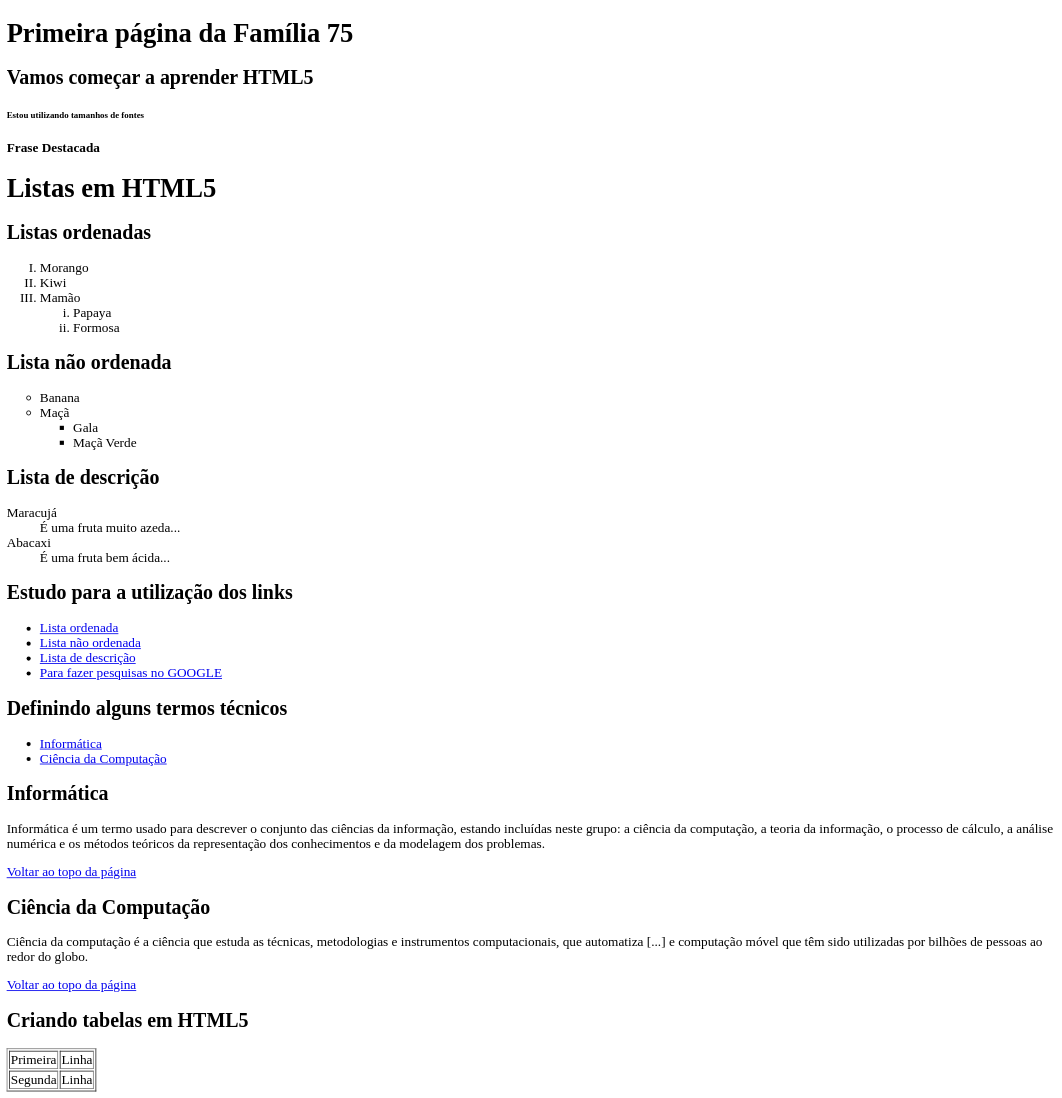
Repository: Thichi99/BootcampGen75
Page: Familia75/index.html
The author's editor kept a copy of each file at every save. The page is drawn from the files as they stood at one save, then again after the next save.
The browser window is 1280 px wide. The pictures show the whole page, at 83% of full size.

Above is the page before, as saved 2024-07-26 11:39:14.

After the next save:
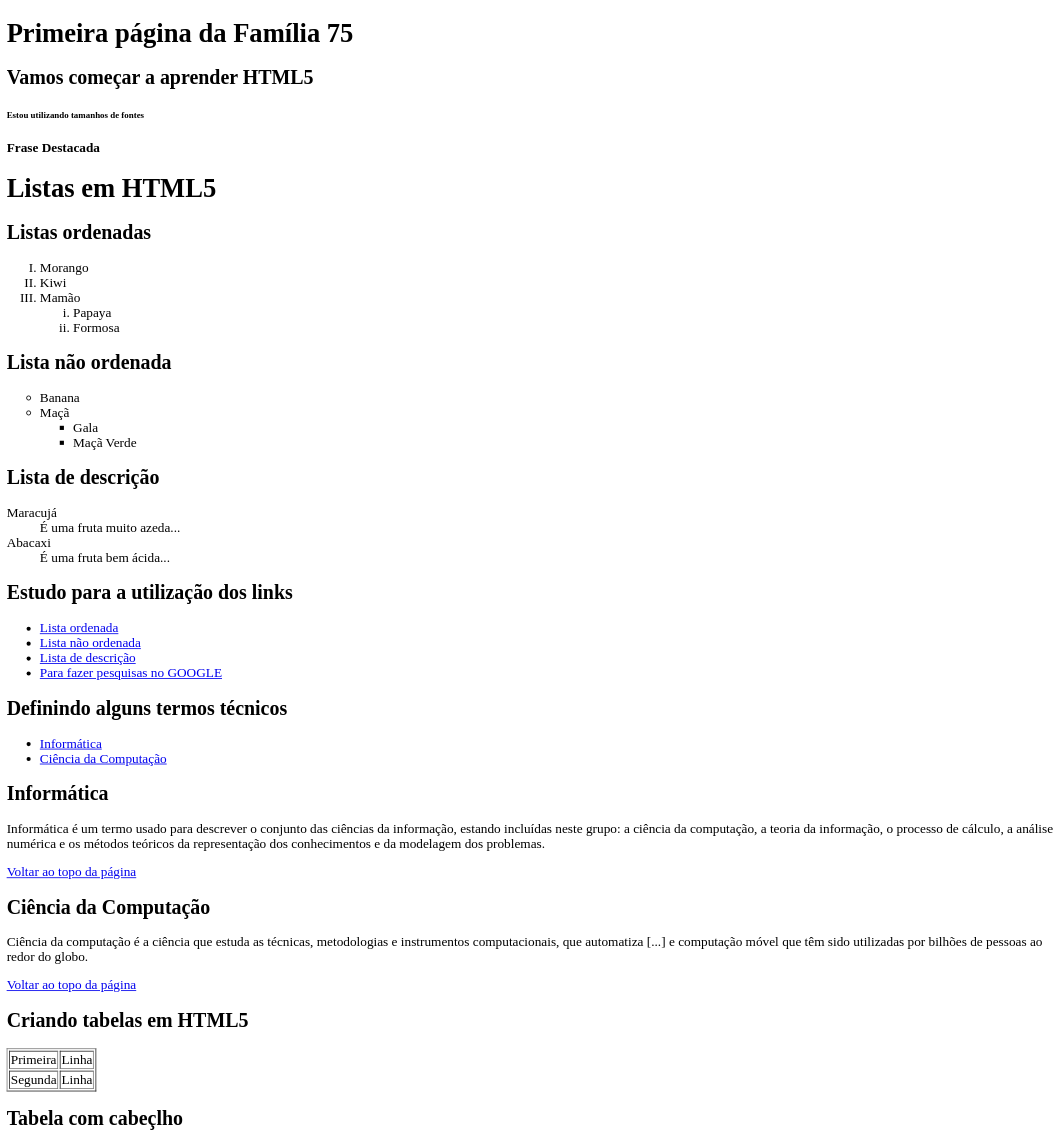
Saved 11 s later.
--- a/Familia75/index.html
+++ b/Familia75/index.html
@@ -90,6 +90,6 @@ pessoas ao redor do globo.
     </tr>
    </table>
 
-
+   <h2>Tabela com cabeçlho</h2>
 </body>
 </html>
